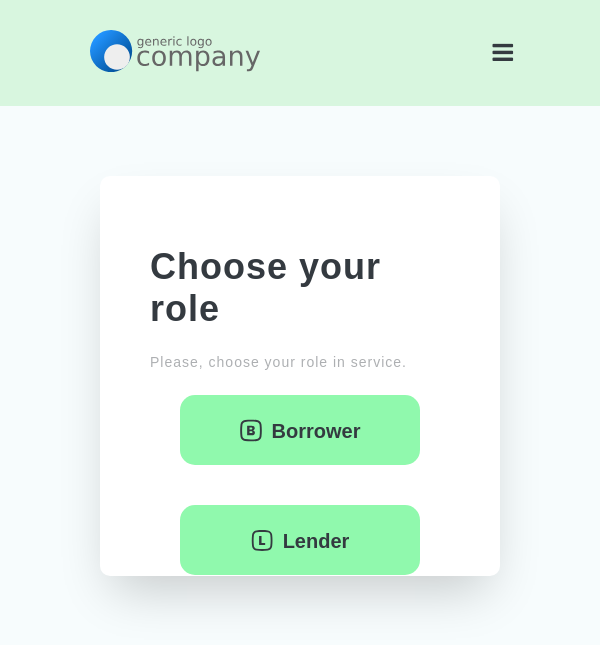
Repository: Andriy-Ma/widgetTask
Page: /
These files come from the project's save history. The page is drawn as it stood at one moment and after the next save; the edit follows.
The browser window is 600 px wide. The pictures show the whole page.
The page's requests for data from a server got no answer. Some web fonts or font styles are not loaded; a fallback is used. The project was rebuilt for these pictures with package versions that can differ from the ones it lists, and the page was loaded fresh each time. No one was signed in, and anything a server would have sent is missing. Also part of the build but not shown: src/components/Main/SelectedRoleForm/selectedRoleForm.module.css, src/components/Main/SelectedRoleForm/selectedRoleForm.jsx, src/components/Main/AgreeForm/agreeForm.module.css, src/components/Main/AgreeForm/agreeForm.jsx.

Above is the page before, as saved 2022-08-30 16:35:35.

After the next save:
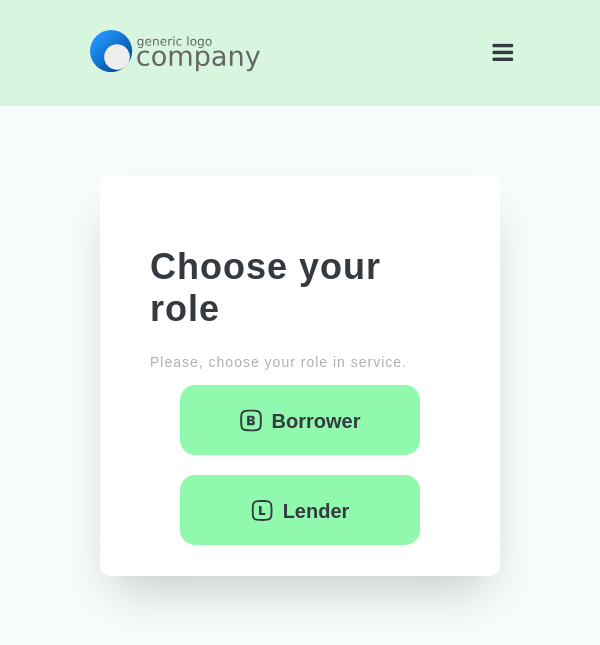
Saved 19 s later.
--- a/src/components/Main/ChooseForm/chooseForm.module.css
+++ b/src/components/Main/ChooseForm/chooseForm.module.css
@@ -82,7 +82,7 @@
         background-color: #90F9AD;
         font-weight: 800;
         padding: 0px 20px;
-        margin: 20px 0px;
+        margin: 10px 0px;
         border-radius: 15px;
         width: 80%;
         height: 70px;
